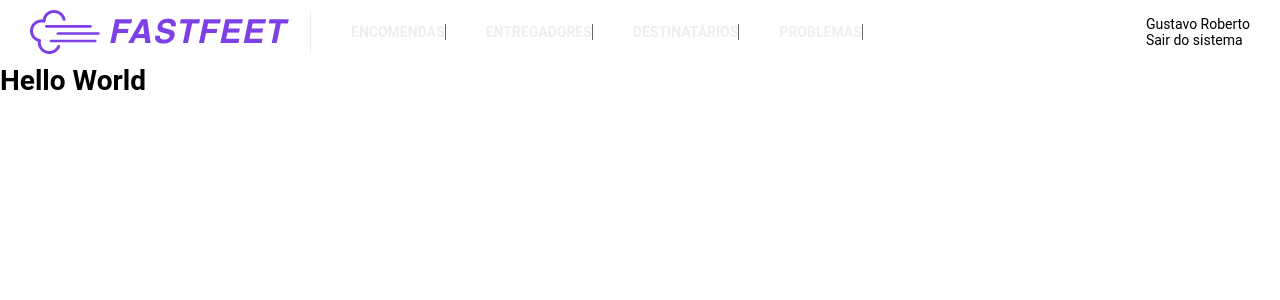
Repository: guuhx97/fastfeet
Page: / (app in frontend/)
These files come from the project's save history. The page is drawn as it stood at one moment and after the next save; the edit follows.
The browser window is 1280 px wide. The pictures show the whole page.
The project was rebuilt for these pictures with package versions that can differ from the ones it lists, and the page was loaded fresh each time.

Above is the page before, as saved 2020-06-26 15:14:18.

After the next save:
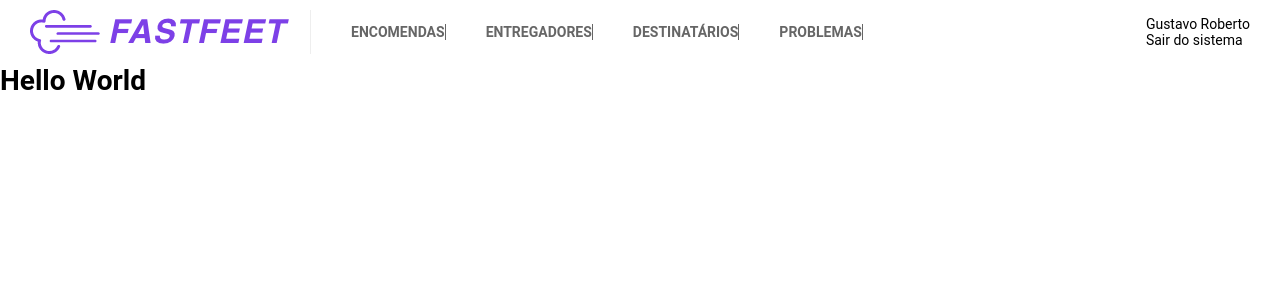
Saved 8 s later.
--- a/frontend/src/components/Header/styles.js
+++ b/frontend/src/components/Header/styles.js
@@ -25,7 +25,7 @@ export const Content = styled.div`
 
     a {
       font-weight: bold;
-      color: #eee;
+      color: #666;
       margin: 20px;
       border-right: 1px solid #666;
     }
